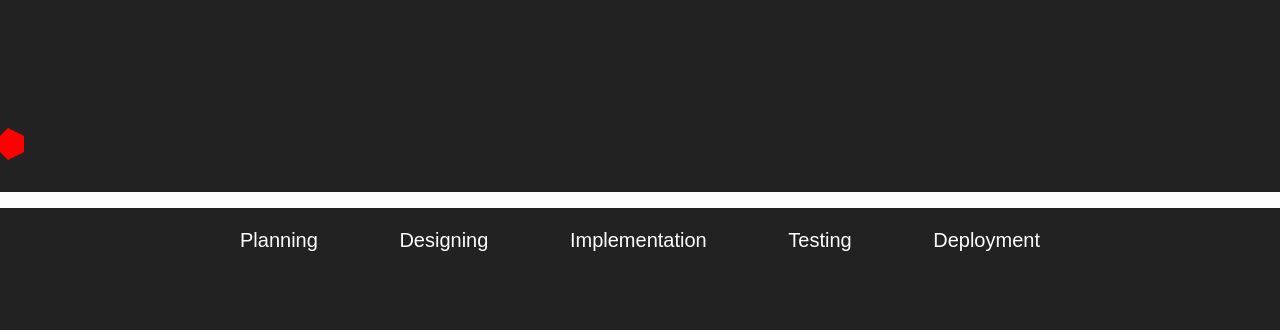
Repository: itsquadian/IT-SQUADIAN
Page: try.html
An editor plug-in stored every save of this project. The page is shown before and after the next save, followed by the edit.
The browser window is 1280 px wide. The pictures show the whole page.

Above is the page before, as saved 2024-04-13 20:05:50.

### try.html
<!DOCTYPE html>
<html lang="en">
<head>
<meta charset="UTF-8">
<meta name="viewport" content="width=device-width, initial-scale=1.0">
<title>Road Animation</title>
<style>
    body {
        margin: 0;
        padding: 0;
        overflow: hidden;
        background-color: #222;
        color: #fff;
        font-family: Arial, sans-serif;
    }

    .road-container {
        position: relative;
        width: 100%;
        height: 400px;
        overflow: hidden;
        display: flex;
        align-items: center;
        justify-content: center;
    }

    .road-svg {
        width: 100%;
        height: auto;
    }

    .road-path {
        stroke: #fff;
        stroke-width: 10;
    }

    .car {
        fill: #f00;
        transform-origin: center;
        animation: moveCar 10s linear infinite;
    }

    .steps {
        position: absolute;
        top: 60%;
        transform: translateY(-50%);
        display: flex;
        justify-content: space-between;
        width: 80%;
        max-width: 800px;
        font-size: 20px;
    }

    .step {
        text-align: center;
        opacity: 0;
        animation: appear 5s linear forwards;
    }

    @keyframes moveCar {
        0% { transform: translateX(-100%); }
        100% { transform: translateX(100%); }
    }

    @keyframes appear {
        0% { opacity: 0; }
        100% { opacity: 1; }
    }
</style>
</head>
<body>
<div class="road-container">
    <svg class="road-svg" xmlns="http://www.w3.org/2000/svg" viewBox="0 0 800 100">
        <!-- Define your road path here -->
        <path class="road-path" d="M0 50 H800" />
        <!-- Add a moving car -->
        <polygon class="car" points="5,5 15,10 15,20 5,25 0,20 0,10" />
    </svg>
    <div class="steps">
        <div class="step">Planning</div>
        <div class="step">Designing</div>
        <div class="step">Implementation</div>
        <div class="step">Testing</div>
        <div class="step">Deployment</div>
    </div>
</div>

</body>
</html>

After the next save:
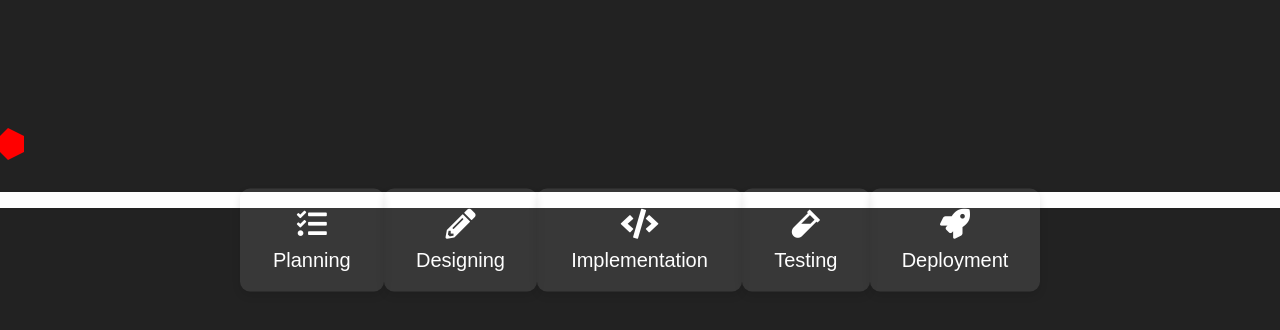
Saved 55 s later.
--- a/try.html
+++ b/try.html
@@ -4,6 +4,7 @@
 <meta charset="UTF-8">
 <meta name="viewport" content="width=device-width, initial-scale=1.0">
 <title>Road Animation</title>
+<link rel="stylesheet" href="https://cdnjs.cloudflare.com/ajax/libs/font-awesome/5.15.4/css/all.min.css">
 <style>
     body {
         margin: 0;
@@ -55,6 +56,15 @@
         text-align: center;
         opacity: 0;
         animation: appear 5s linear forwards;
+        background-color: rgba(255, 255, 255, 0.1);
+        padding: 20px;
+        border-radius: 10px;
+        box-shadow: 0 4px 8px rgba(0, 0, 0, 0.1);
+    }
+
+    .step i {
+        font-size: 30px;
+        margin-bottom: 10px;
     }
 
     @keyframes moveCar {
@@ -77,11 +87,26 @@
         <polygon class="car" points="5,5 15,10 15,20 5,25 0,20 0,10" />
     </svg>
     <div class="steps">
-        <div class="step">Planning</div>
-        <div class="step">Designing</div>
-        <div class="step">Implementation</div>
-        <div class="step">Testing</div>
-        <div class="step">Deployment</div>
+        <div class="step">
+            <i class="fas fa-tasks"></i>
+            Planning
+        </div>
+        <div class="step">
+            <i class="fas fa-pencil-alt"></i>
+            Designing
+        </div>
+        <div class="step">
+            <i class="fas fa-code"></i>
+            Implementation
+        </div>
+        <div class="step">
+            <i class="fas fa-vial"></i>
+            Testing
+        </div>
+        <div class="step">
+            <i class="fas fa-rocket"></i>
+            Deployment
+        </div>
     </div>
 </div>
 
